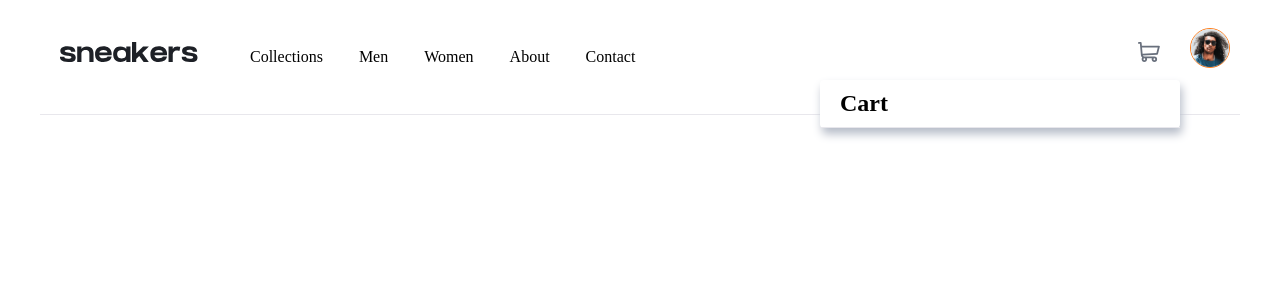
Repository: Bakyproit/Ecommerce
Page: index.html
The author's editor kept a copy of each file at every save. The page is drawn from the files as they stood at one save, then again after a run of saves.
The browser window is 1280 px wide. The pictures show the whole page.
The style sheet was rebuilt from its Sass, Less or Tailwind sources for each picture, by a compiler version that may differ from the author's.

Above is the page before, as saved 2022-02-14 13:40:27.

### index.html
<!DOCTYPE html>
<html lang="en">
<head>
    <meta charset="UTF-8">
    <meta http-equiv="X-UA-Compatible" content="IE=edge">
    <meta name="viewport" content="width=device-width, initial-scale=1.0">
    <title>Ecommerce</title>
    <link rel="stylesheet" href="./asset/css/app.css">
    <link rel="preconnect" href="https://fonts.googleapis.com">
    <link rel="preconnect" href="https://fonts.gstatic.com" crossorigin>
    <link href="https://fonts.googleapis.com/css2?family=Kumbh+Sans:wght@400;700&display=swap" rel="stylesheet">
</head>
<body>
    <div class="wrapper">
        <!-- Beggin header -->
        <div class="header">
            <div class="header__left">
                <div class="header__left-logo">
                    <img src="./asset/images/logo.svg" alt="">
                </div>
                <div class="header__left-menu">
                    <ul class="header__left-menu-list">
                        <li class="header__left-menu-item">
                            <a href="" class="header__left-menu-item-title">Collections</a>
                        </li>
                        <li class="header__left-menu-item">
                            <a href="" class="header__left-menu-item-title">Men</a>
                        </li>
                        <li class="header__left-menu-item">
                            <a href="" class="header__left-menu-item-title">Women</a>
                        </li>
                        <li class="header__left-menu-item">
                            <a href="" class="header__left-menu-item-title">About</a>
                        </li>
                        <li class="header__left-menu-item">
                            <a href="" class="header__left-menu-item-title">Contact</a>
                        </li>
                    </ul>
                </div>
            </div>
            <div class="header__right">
                <div class="header__right-cart">
                    <img src="./asset/images/icon-cart.svg" alt="">
                    <!-- cart-list--no-cart -->
                    <!-- cart-list--yes-cart-->
                    <div class="header-cart cart-list--yes-cart">
                        <h3 class="header-cart-heading">Cart</h3>
                        <span class="header-cart-message">Your cart is empty</span>





                    </div>
                </div>
                <div class="header__right-avatar">
                    <img src="./asset/images/image-avatar.png" alt="">
                </div>
            </div>
        </div>
        <!-- end header -->
    </div>
</body>
</html>

### asset/sass/app.scss
@import './valiable.scss' ;
@import './style.scss' ;
@import './reset.scss' ;

### asset/sass/valiable.scss

$Color_primary : hsl(26,100%,55%) ;
$Pale_orange: hsl(25, 100%, 94%) ;
$blue : hsl(220, 13%, 13%) ;
$Dark_grayish_blue : hsl(219, 9%, 45%);
$Grayish_blue : hsl(220, 14%, 75%) ;
$Light_grayish_blue : hsl(223, 64%, 98%) ;
$White : hsl(0, 0%, 100%) ;
$Black : hsl(0, 0%, 0%) ;
$Font_s : 16px ;

### asset/sass/style.scss
.wrapper{
    width: 1200px;
    margin: 0 auto;
}

.header{
    display: flex;
    justify-content: space-between;
    border-bottom: 1px solid #e8e7ec;
}

.header__left{
    display: flex;
    &-logo{
        padding: 42px 20px;
    }
    &-menu{
        margin-left: 16px;
        transition: all linear 0.2s;

        &-item{
            display: inline-block;
            margin: 0 16px;
        }
        &-item-title{
            display: inline-block;
            padding: 48px 0;
            color : $Black ;
        }
        &-item-title:hover{
            border-bottom: 4px solid $Color_primary;
            font-weight: 700;
        }
    }
}
.header__right {
    display: flex;
    &-cart{
        color : $Black ;
        padding: 42px 20px;
        cursor: pointer;
        position: relative;
    }
    &-cart:hover .cart-list{
        display: block;
    }

    .header-cart{
        width: 360px;
        position: absolute;
        top:70% ;
        right: 0 ;
        background-color: $White;
        box-shadow: 2px 6px 10px $Grayish_blue ;
        border-radius: 4px;
        index : 2 ;
        &-heading{
            font-size: 24px;
            color : $Black ;
            display: block;
            padding: 10px 20px;
            border-bottom: 1px solid #e8e7ec;
        }
        &-message{
            display: inline-block;
            color : $Dark_grayish_blue ;
            font-weight: 700;
            margin : 80px 100px;
            display: none;
        }

    }
    .cart-list--no-cart .cart-list-message{
        display: block ;
    }


    &-avatar{
        width: 40px;
        height: 40px;
        border-radius:40px ;
        border : 1px solid $Color_primary ;
        margin: 28px 10px auto 10px;
        cursor: pointer;
        img{
            width: 100%;
        }
    }
}

### asset/sass/reset.scss
*{
    box-sizing: border-box;
    padding: 0;
    margin: 0;
}
html{
    font-size: 16px;
}
h1, h2,h3{
    margin: 0;
}
ul{
    margin: 0;
    padding-left: 0;
    list-style: none;
}
a{
    text-decoration: none;

}

After the next 2 saves:
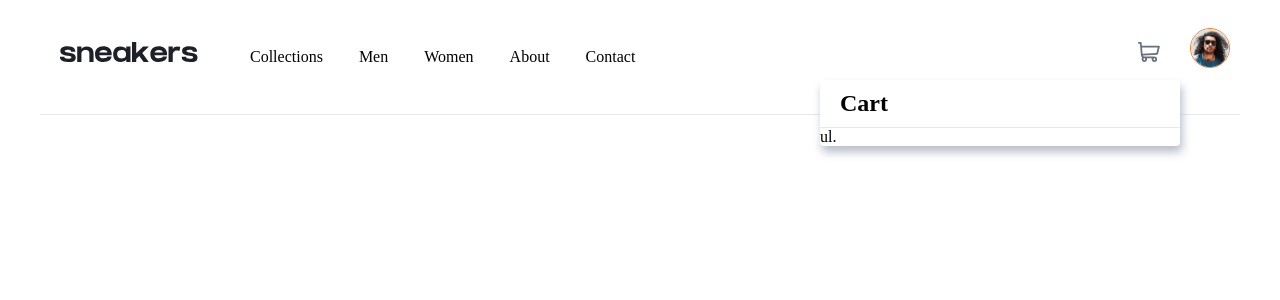
The 2 saves are shown as one change because they came seconds apart.
The last was saved 12 s later.
--- a/index.html
+++ b/index.html
@@ -47,7 +47,7 @@
                         <h3 class="header-cart-heading">Cart</h3>
                         <span class="header-cart-message">Your cart is empty</span>
 
-
+                        ul.
 
 
 

After the save that followed:
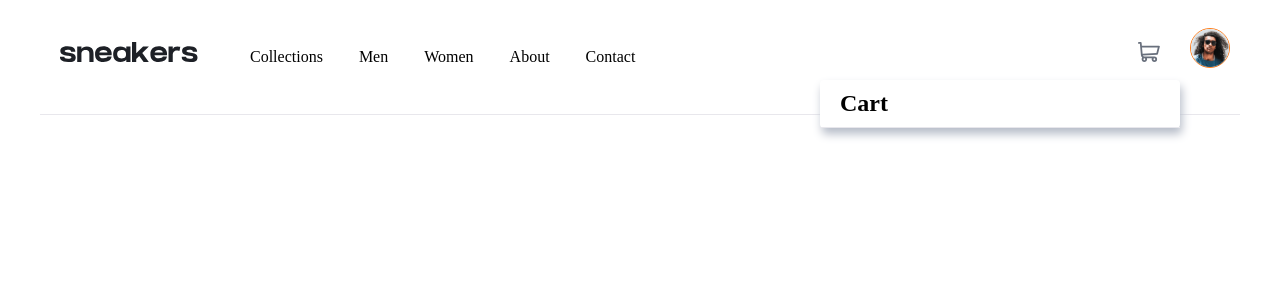
Saved 9 s later.
--- a/index.html
+++ b/index.html
@@ -47,7 +47,9 @@
                         <h3 class="header-cart-heading">Cart</h3>
                         <span class="header-cart-message">Your cart is empty</span>
 
-                        ul.
+                        <ul class="header-cart-list">
+
+                        </ul>
 
 
 
